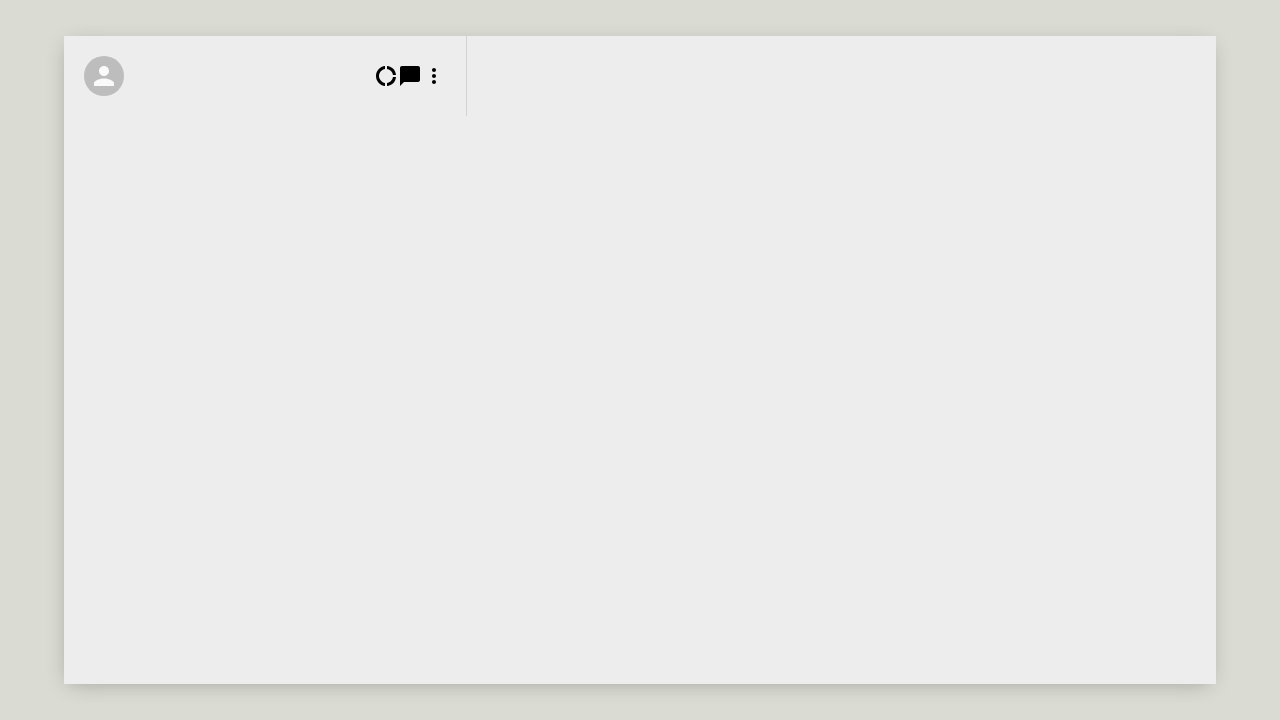
Repository: Prafullkuma/whatsappclon
Page: /
The author's editor kept a copy of each file at every save. The page is drawn from the files as they stood at one save, then again after the next save.
The browser window is 1280 px wide. The pictures show the whole page.
The project was rebuilt for these pictures with package versions that can differ from the ones it lists, and the page was loaded fresh each time.

Above is the page before, as saved 2020-08-19 11:50:58.

### src/App.js
import React from 'react';
import './App.css';
import Sidebar from './Component/Sidebar'
function App() {
  return (
    <div className="app">
      <div className="app__body">
        <Sidebar />
      </div>
    </div>
  );
}

export default App;

### src/App.css
.app{
  background-color: #dadbd3;
  height: 100vh;
  display: grid;
  place-items: center;
}
.app__body{
  display: flex;
  height: 90vh;
  width: 90vw;
  background-color: #ededed;
  box-shadow: -1px 4px 20px -6px rgba(0, 0, 0, 0.3);
}

### src/Component/Sidebar.js
import React from 'react'
import { Avatar } from '@material-ui/core';
import DonutLargeIcon from '@material-ui/icons/DonutLarge';
import ChatBubbleIcon from '@material-ui/icons/ChatBubble';
import MoreVertIcon from '@material-ui/icons/MoreVert';
import './Sidebar.css'
function Slidebar() {
    return (
        <div className="sidebar">
            <div className="sidebar_header">
                <Avatar />
                <div className="sidebar_header_right">
                    <DonutLargeIcon />
                    <ChatBubbleIcon />
                    <MoreVertIcon />
                </div>
            </div>
            <div className="sidebar_search">

            </div>
            <div className="sidebar_chat">

            </div>
        </div >
    )
}

export default Slidebar

### src/Component/Sidebar.css
.sidebar{
    flex: 0.35;
}
.sidebar_header{
    display: flex;
    justify-content: space-between;
    padding: 20px;
    border-right: 1px solid lightgray;
}
.sidebar_header_right{
    display: flex;
    align-items: center;
    justify-content: space-between;
}

Loaded but not shown: public/index.html (common file); src/index.js (common file); src/index.css (common file)

After the next save:
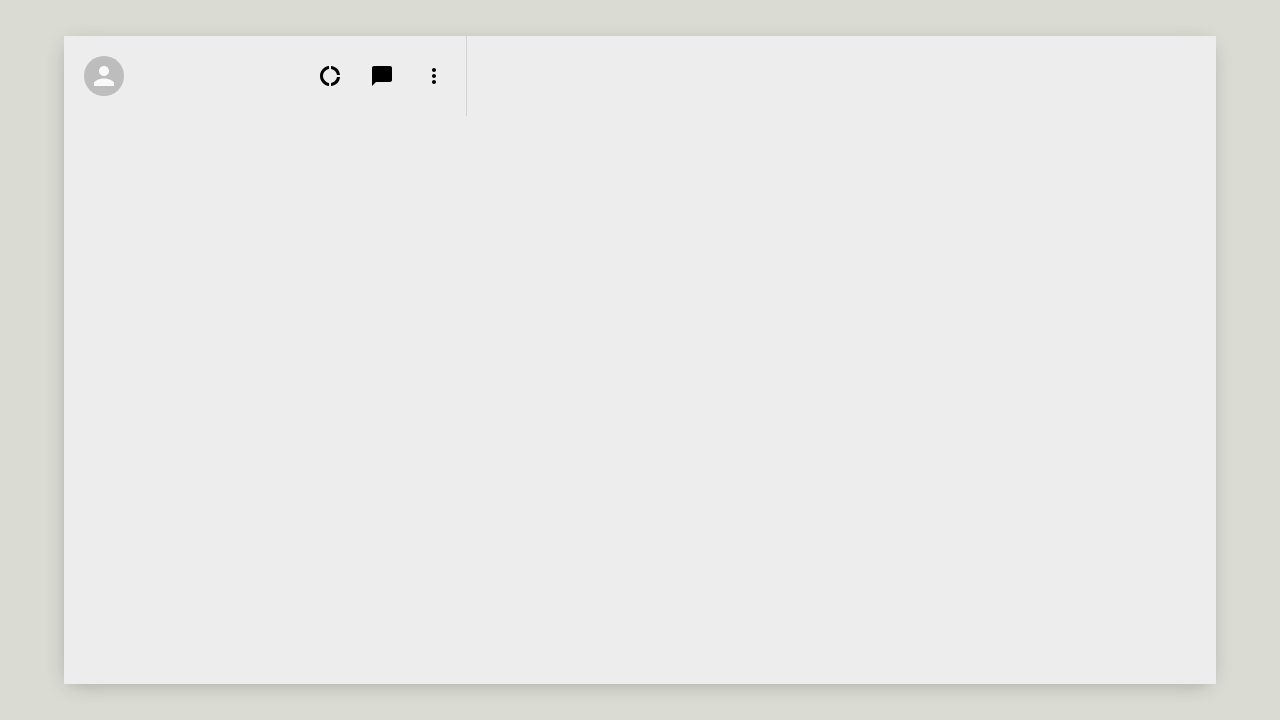
Saved 21 s later.
--- a/src/Component/Sidebar.css
+++ b/src/Component/Sidebar.css
@@ -11,4 +11,5 @@
     display: flex;
     align-items: center;
     justify-content: space-between;
+    min-width: 10vw;
 }
